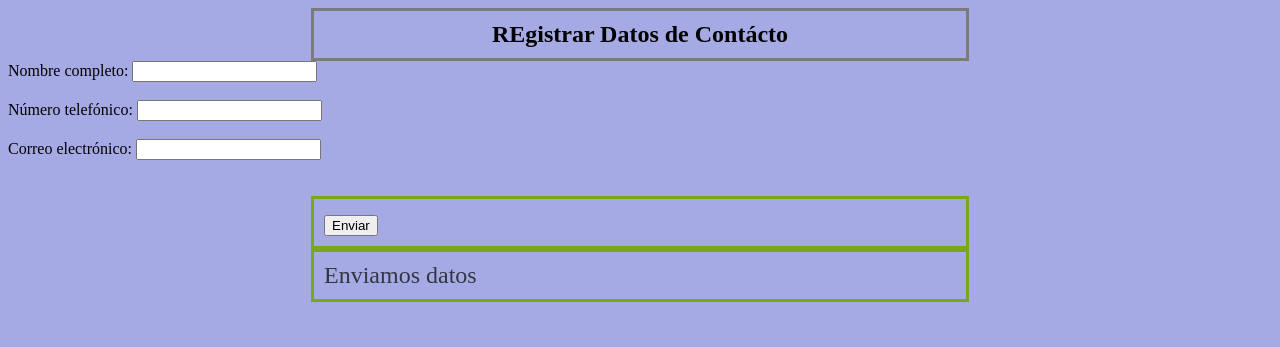
Repository: UVMCoyoacan/VEFY
Page: formularioCV.html
These files come from the project's save history. The page is drawn as it stood at one moment and after the next save; the edit follows.
The browser window is 1280 px wide. The pictures show the whole page.

Above is the page before, as saved 2024-03-01 11:36:29.

After the next save:
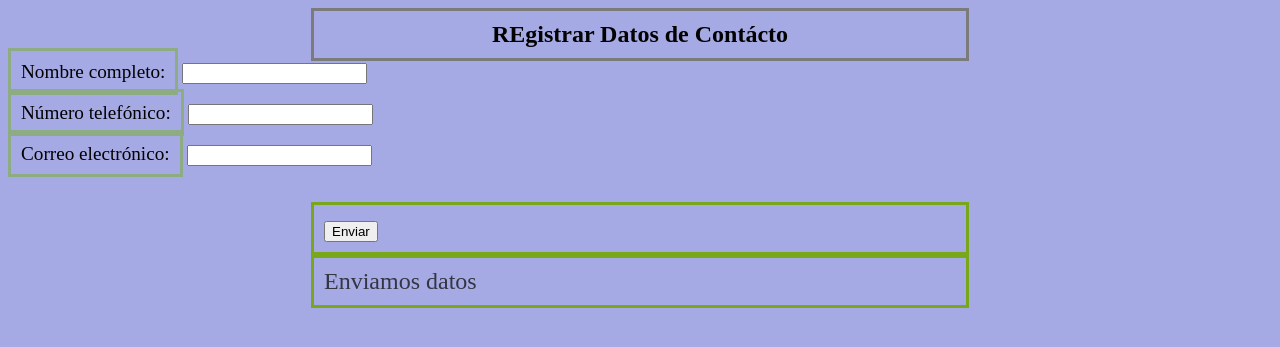
Saved 10 s later.
--- a/estilo4.css
+++ b/estilo4.css
@@ -79,3 +79,17 @@ button {
   div{
     text-align: center;
   }
+  label{
+
+    color: rgb(0, 0, 0);
+
+    color: black;
+
+    text-align: center;
+    font-size:larger;
+    margin: auto;
+    width: 50%;
+    border: 3px solid rgb(141, 172, 132);
+    border-style:solid;
+    padding: 10px;
+  }
